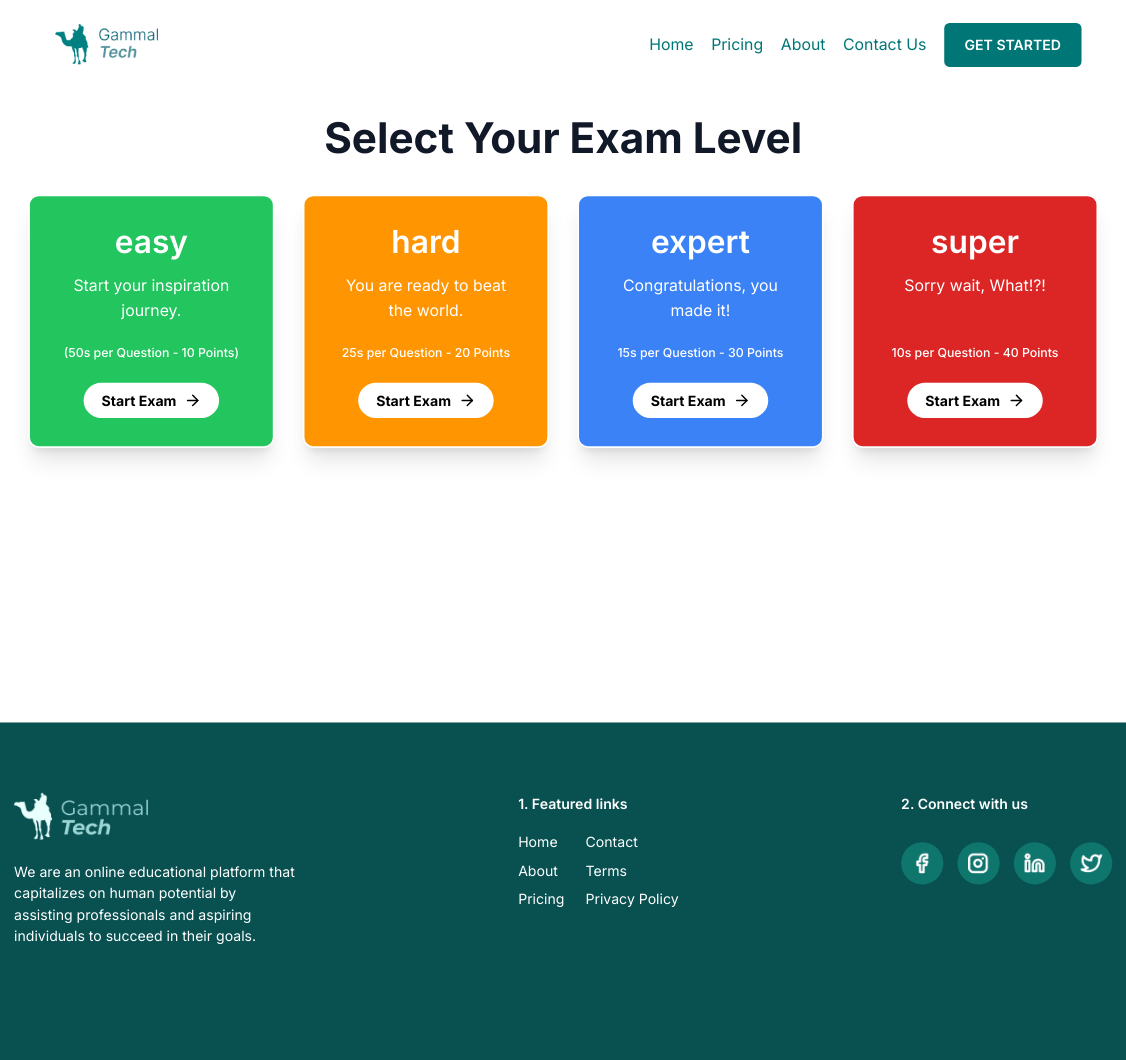
Repository: Ahmed77669/Internship-test
Page: /Levels
These files come from the project's save history. The page is drawn as it stood at one moment and after the next save; the edit follows.
The browser window is 1280 px wide. The pictures show the whole page, at 88% of full size.
The project was rebuilt for these pictures with package versions that can differ from the ones it lists, and the page was loaded fresh each time. The framework's server and built-in components were replaced by stand-ins that run in the browser. Also part of the build but not shown: next.config.mjs.

Above is the page before, as saved 2024-10-15 11:18:21.

### app/layout.tsx
import type { Metadata } from "next";
import localFont from "next/font/local";
import "./globals.css";
import NavBarHome from "@/components/Header/Navbar";
import { Inter } from "next/font/google";
import Footer from "@/components/Footer/Footer";

const inter = Inter({
  subsets: ["latin"],
});
const geistSans = localFont({
  src: "./fonts/GeistVF.woff",
  variable: "--font-geist-sans",
  weight: "100 900",
});
const geistMono = localFont({
  src: "./fonts/GeistMonoVF.woff",
  variable: "--font-geist-mono",
  weight: "100 900",
});

export const metadata: Metadata = {
  title: "Create Next App",
  description: "Generated by create next app",
};

export default function RootLayout({
  children,
}: Readonly<{
  children: React.ReactNode;
}>) {
  return (
    <html lang="en">
      <body
        className={`${geistSans.variable} ${geistMono.variable} antialiased ${inter.className}`}
      >
        <NavBarHome />
        {children}
        <Footer />
      </body>
    </html>
  );
}

### app/Levels/page.tsx
import React from 'react'
import Levels1 from '@/components/Levels/Levels'
const Levels = () => {
  return (
    <Levels1 />
  )
}

export default Levels

### app/globals.css
@tailwind base;
@tailwind components;
@tailwind utilities;

:root {
  --background: #ffffff;
  /* --foreground: #171717; */
}

@media (prefers-color-scheme: dark) {
  :root {
    /* --background: #0a0a0a; */
    --foreground: #ededed;
  }
}

body {
  color: var(--foreground);
  background: var(--background);
  font-family: Arial, Helvetica, sans-serif;
}

@layer utilities {
  .text-balance {
    text-wrap: balance;
  }
}


/* @media (max-width: 1313px) and (min-width: 1026px) {
  .hero-section {
    display: block;
  }
} */

### components/Header/Navbar.tsx
"use client";
import React, { useEffect, useState } from "react";
import GT_logo from "@/public/Component 6.png";
import Link from "next/link";
import { Inter } from "next/font/google";
import Image from "next/image";
import { Menu } from "lucide-react";
import { X } from "lucide-react";

const inter = Inter({
  subsets: ["latin"],
  weight: ["100", "200", "300", "400", "500", "600", "700"],
});

const NavBarHome = () => {
  const [isOpen, setIsOpen] = useState(false);

  const toggleMenu = () => {
    setIsOpen((prev) => !prev);
  };

  useEffect(() => {
    const handleResize = () => {
      if (window.innerWidth > 1024) {
        setIsOpen(false);
      }
    };

    window.addEventListener("resize", handleResize);
    return () => {
      window.removeEventListener("resize", handleResize);
    };
  }, []);

  return (
    <div className={`py-5 container mx-auto ${inter.className} w-[92%]`}>
      <nav className="relative">
        <ul className="flex justify-between items-center">
          <li className="min-w-[152px]">
            <Link href="/">
              <Image
                src={GT_logo}
                alt="Gammal Tech Logo"
                width={130}
                className="cursor-pointer"
              />
            </Link>
          </li>
          <div className="hidden md:flex space-x-5">
            <Link
              href="/"
              className="text-[#007676] text-[18px] font-normal flex items-center"
            >
              Home
            </Link>
            <Link
              href="/pricing"
              className="text-[#007676] text-[18px] font-normal flex items-center"
            >
              Pricing
            </Link>
            <Link
              href="/about"
              className="text-[#007676] text-[18px] font-normal flex items-center"
            >
              About
            </Link>
            <Link
              href="/about"
              className="text-[#007676] text-[18px] font-normal flex items-center"
            >
              Contact Us
            </Link>
            <Link
              href="/signup"
            >
            <button className="bg-[#007676] text-white rounded-md w-[156px] h-[50px] text-[16px] font-semibold  py-1 px-3 transition-all duration-300 ease-in-out hover:bg-[#005555] hover:shadow-lg">
              GET STARTED
            </button>
            </Link>
          </div>
          <div className="md:hidden flex items-center">
            <button
              onClick={toggleMenu}
              className="text-[#007676] focus:outline-none"
            >
              {isOpen ? (
                <X size={40} color="#007676" strokeWidth={2} />
              ) : (
                <Menu size={40} color="#007676" strokeWidth={2} />
              )}
            </button>
          </div>
        </ul>

        {isOpen && (
          <div className="absolute right-0 mt-2 w-full bg-white shadow-lg rounded-lg z-20 transition-transform transform origin-top-right scale-100">
            <div className="flex flex-col items-center justify-center mx-auto p-4">
              <Link
                href="/"
                className="text-[#007676] text-lg font-semibold hover:bg-[#f0f0f0] transition duration-200 p-3 rounded-lg text-center w-full"
                onClick={() => setIsOpen(false)}
              >
                Home
              </Link>
              <Link
                href="/pricing"
                className="text-[#007676] text-lg font-semibold hover:bg-[#f0f0f0] transition duration-200 p-3 rounded-lg text-center w-full"
                onClick={() => setIsOpen(false)}
              >
                Pricing
              </Link>
              <Link
                href="/about"
                className="text-[#007676] text-lg font-semibold hover:bg-[#f0f0f0] transition duration-200 p-3 rounded-lg text-center w-full"
                onClick={() => setIsOpen(false)}
              >
                About Us
              </Link>

              <button
                className="mt-4 bg-[#007676] text-white text-lg font-semibold py-2 px-6 rounded-lg hover:bg-[#005c5c] transition duration-200"
                onClick={() => setIsOpen(false)}
              >
                GET STARTED
              </button>
            </div>
          </div>
        )}
      </nav>
    </div>
  );
};

export default NavBarHome;

### components/Footer/Footer.tsx
import React from 'react';
import Image from "next/image";
import footerLogo from "@/public/gammalTech-logos/footer-logo.png";
import Link from 'next/link';
import linkdin from "@/public/socialmediaIcons/linkdin.png";
import facebook from "@/public/socialmediaIcons/Facebook.png";
import instagram from "@/public/socialmediaIcons/Instagram.png";
import twitter from "@/public/socialmediaIcons/Twitter.png";

const Footer = () => {
  return (

      <section className= "bg-[#095051] py-20 min-h-96 h-auto">
        <div className="container mx-auto px-4 ">
          <div className="flex justify-between flex-wrap ">
            <div className='mb-10'>
              <div className="mb-6">
                <Image src={footerLogo} alt='Gammal Tech Logo' width={152} />
              </div>
              <div className="text-white w-80">
                We are an online educational platform that capitalizes on human potential by assisting professionals and aspiring individuals to succeed in their goals.
              </div>
            </div>

            <div className="text-white flex flex-col mb-10">
              <p className="font-semibold mb-5">1. Featured links</p>
              <div className="flex justify-between ">
                <div className="space-y-2 mr-6">
                  <p className='cursor-pointer'>Home</p>
                  <p className='cursor-pointer'>About</p>
                  <p className='cursor-pointer'>Pricing</p>
                </div>
                <div className="space-y-2">
                  <p className='cursor-pointer'>Contact</p>
                  <p className='cursor-pointer'>Terms</p>
                  <p className='cursor-pointer'>Privacy Policy</p>
                </div>
              </div>
            </div>

            <div>
              <p className="text-white font-semibold mb-8">2. Connect with us</p>
              <div className="flex space-x-4">
                <Link href="https://www.facebook.com/gammal.tech/?locale=ar_AR" passHref target='_blank'>
                  <div className="w-12 h-12 bg-teal-700 rounded-full flex items-center justify-center cursor-pointer">
                    <Image src={facebook} alt='Facebook Logo' />
                  </div>
                </Link>
                <Link href="https://www.instagram.com/gammal.tech/?hl=ar" passHref target='_blank'>
                  <div className="w-12 h-12 bg-teal-700 rounded-full flex items-center justify-center cursor-pointer">
                    <Image src={instagram} alt='Instagram Logo' />
                  </div>
                </Link>
                <Link href="https://www.linkedin.com/company/gammal-tech/" passHref target='_blank'>
                  <div className="w-12 h-12 bg-teal-700 rounded-full flex items-center justify-center cursor-pointer">
                    <Image src={linkdin} alt='LinkedIn Logo' />
                  </div>
                </Link>
                <Link href="https://x.com/gammaltech?lang=ar" passHref target='_blank'>
                  <div className="w-12 h-12 bg-teal-700 rounded-full flex items-center justify-center cursor-pointer">
                    <Image src={twitter} alt='Twitter Logo' />
                  </div>
                </Link>
              </div>
            </div>
          </div>
        </div>
      </section>
  );
};

export default Footer;

### components/Levels/Levels.tsx
import React from 'react';
import Link from 'next/link';
import { FiArrowRight } from 'react-icons/fi';
const ExamLevelsPage: React.FC = () => {

    const levels = [
        {
            name: 'easy',
            description: 'Start your inspiration journey.',
            time: '(50s per Question - 10 Points)',
            color: 'bg-[#22C55E]',
        },
        {
            name: 'hard',
            description: 'You are ready to beat the world.',
            time: '25s per Question - 20 Points',
            color: 'bg-[#FF9500]',
        },
        {
            name: 'expert',
            description: 'Congratulations, you made it!',
            time: '15s per Question - 30 Points',
            color: 'bg-[#3B82F6]',
        },
        {
            name: 'super',
            description: 'Sorry wait, What!?!',
            time: '10s per Question - 40 Points',
            color: 'bg-[#DC2626]',
        },
    ];



    return (
        <>
            <div className="flex flex-col items-center min-h-screen bg-white p-8">
                <h1 className="text-5xl font-bold mb-10 text-center text-gray-900">Select Your Exam Level</h1>
                <div className="grid grid-cols-1 sm:grid-cols-2 md:grid-cols-4 gap-8">
                    {levels.map((level) => (

                            <div
                                key={level.name}
                                className={`rounded-xl shadow-xl p-8 flex flex-col justify-between items-center text-white transition-all duration-300 ease-in-out ${level.color} cursor-pointer border-2 border-white relative`}

                            >
                                <h2 className="text-4xl font-semibold mb-4 text-center">{level.name}</h2>
                                <p className="mb-6 text-lg text-center">{level.description}</p>
                                <div className="mt-auto text-sm text-center">
                                    <p className="font-medium">{level.time}</p>
                                </div>
                                <Link key={level.name} href={`/exam?level=${level.name}`} replace>

                                <div className="flex items-center justify-center bg-white text-black rounded-full px-5 py-2 mt-6 transition-all duration-300 transform hover:bg-black hover:text-white hover:translate-x-2">
                                    <span className="font-bold">Start Exam</span>
                                    <FiArrowRight className="text-xl ml-2" />
                                </div>
                                </Link>

                                <div className="absolute bg-gray-800 text-white text-xs rounded-md p-2 hidden group-hover:block">
                                    <p>{level.description}</p>
                                </div>
                            </div>


                    ))}
                        </div>
            </div>
            </>
            );
};

            export default ExamLevelsPage;

Loaded but not shown: tailwind.config.ts (common file)

After the next save:
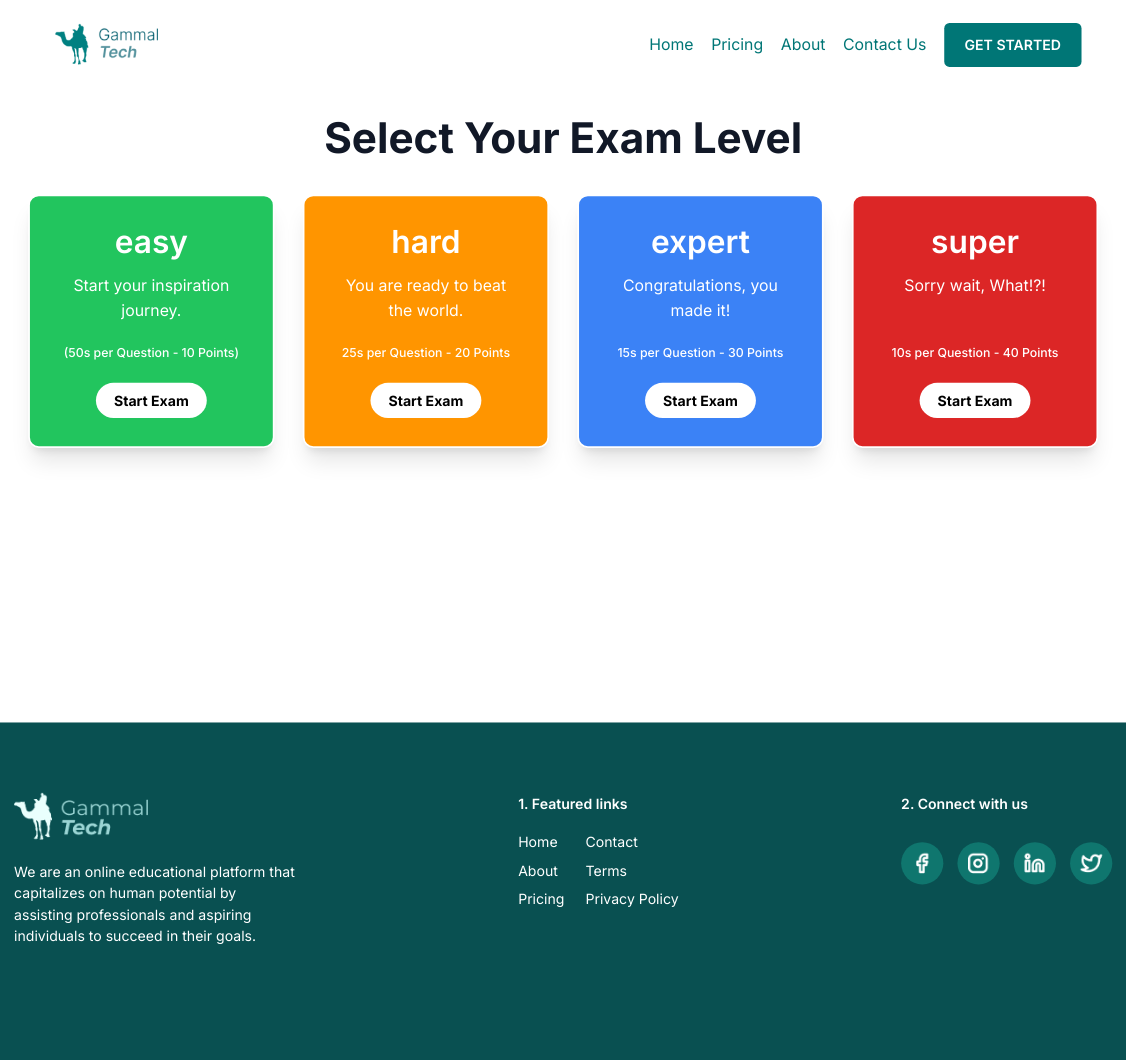
Saved 2 min 19 s later.
--- a/components/Levels/Levels.tsx
+++ b/components/Levels/Levels.tsx
@@ -1,6 +1,6 @@
 import React from 'react';
 import Link from 'next/link';
-import { FiArrowRight } from 'react-icons/fi';
+// import { FiArrowRight } from 'react-icons/fi';
 const ExamLevelsPage: React.FC = () => {
 
     const levels = [
@@ -53,7 +53,7 @@ const ExamLevelsPage: React.FC = () => {
 
                                 <div className="flex items-center justify-center bg-white text-black rounded-full px-5 py-2 mt-6 transition-all duration-300 transform hover:bg-black hover:text-white hover:translate-x-2">
                                     <span className="font-bold">Start Exam</span>
-                                    <FiArrowRight className="text-xl ml-2" />
+                                    {/* <FiArrowRight className="text-xl ml-2" /> */}
                                 </div>
                                 </Link>
 
